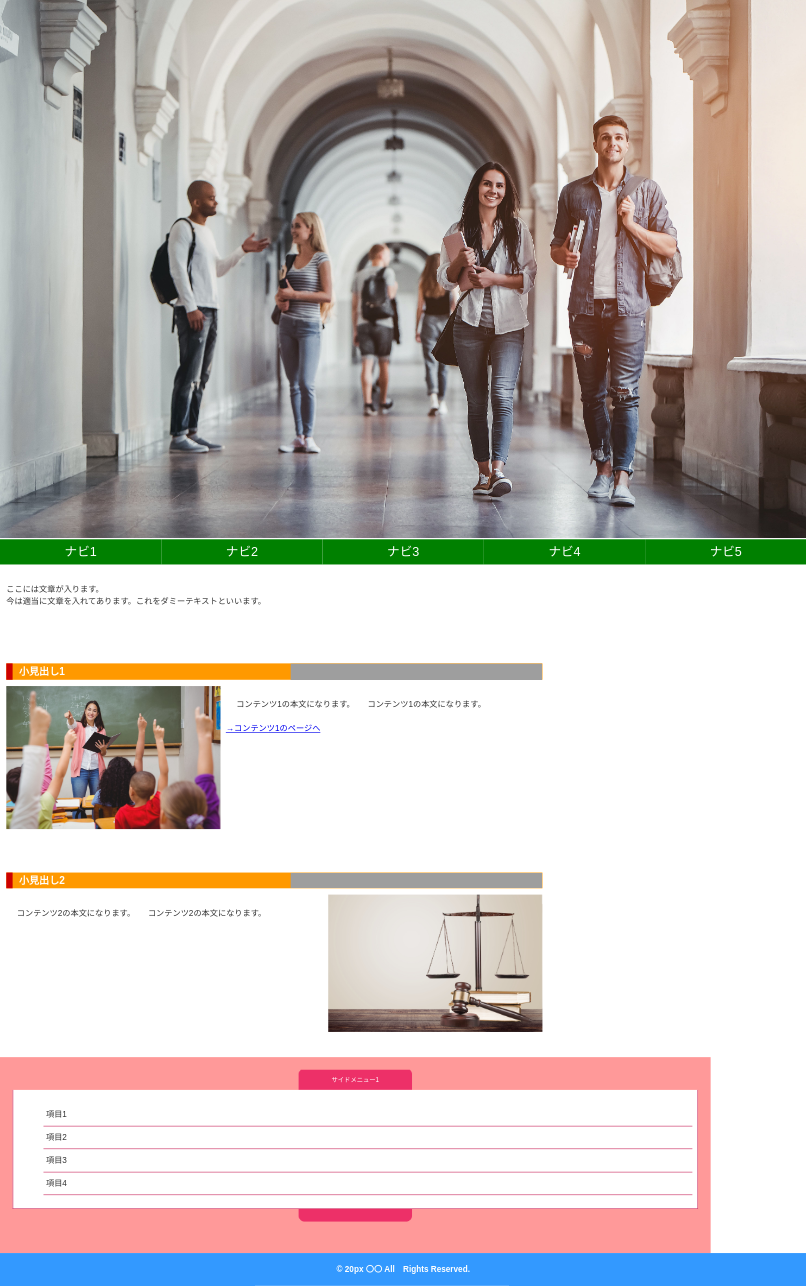
Repository: nagashimayosyun/samurai_HTML-CSS
Page: home.html
The author's editor kept a record of every edit. The page is drawn from the files as they stood at one moment, then again after the next edit.
The browser window is 1280 px wide. The pictures show the whole page, at 63% of full size.
Pictures or frames that could not be fetched are drawn as grey boxes.

Above is the page before.

After the next edit:
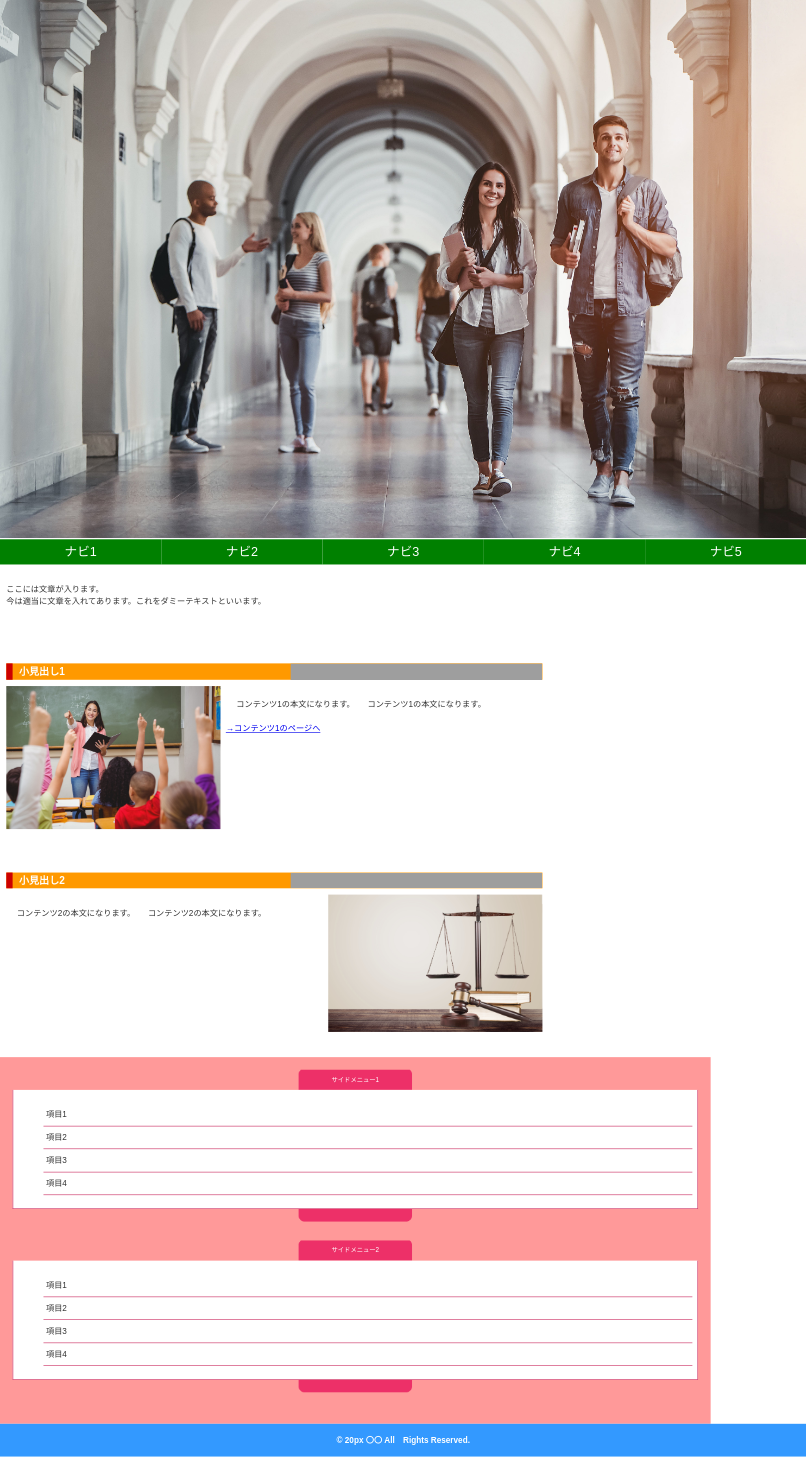
The edit:
--- a/home.html
+++ b/home.html
@@ -55,6 +55,16 @@
                        </ul>
                    </div>
                </div>
+               <div class="box">
+                   <h2>サイドメニュー2</h2>
+                   <div class="boxBody">
+                       <ul>
+                           <li>項目1</li>
+                           <li>項目2</li>
+                           <li>項目3</li>
+                           <li>項目4</li>
+                       </ul>
+               </div>
            </div>
        </div>
        <div id="footer">
